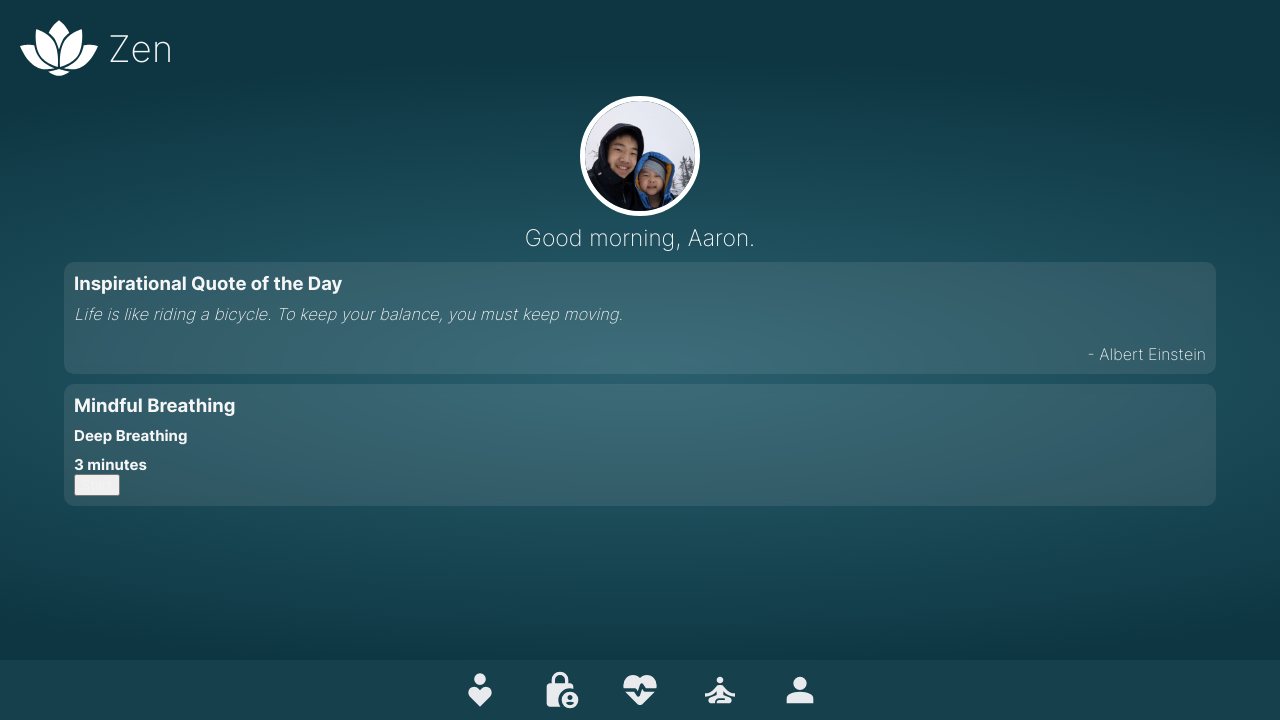
Repository: aaronw-dev/Zen
Page: mindful_dashboard.html
An editor plug-in stored every save of this project. The page is shown before and after the next save, followed by the edit.
The browser window is 1280 px wide. The pictures show the whole page.

Above is the page before, as saved 2024-06-08 14:50:48.

### mindful_dashboard.html
<!DOCTYPE html>
<html lang="en">

<head>
    <meta charset="UTF-8">
    <meta name="viewport" content="width=device-width, initial-scale=1.0">
    <title>Zen</title>
    <link rel="stylesheet" href="../static/colors.css">
    <link rel="stylesheet" href="../static/awdev.css">
</head>

<body>
    <nav>
        <img src="../logo.svg">
        <span class="nav-text">Zen</span>
    </nav>
    <div class="zen-wrapper">
        <div class="greeting">
            <div class="profile-icon-wrapper">
                <img class="profile-icon" src="../static/images/brothers.jpg">
            </div>
            <span class="greeting-text">Good morning, Aaron.</span>
        </div>
        <div class="zen-block">
            <h1 class="zen-block-title">Inspirational Quote of the Day</h1>
            <div class="quote-block">Life is like riding a bicycle. To keep your balance, you must keep moving.</div>
            <div class="quote-author">Albert Einstein</div>
        </div>
        <div class="zen-block">
            <h1 class="zen-block-title">Mindful Breathing</h1>
            <div class="mindful-actions">
                <h2 class="mindful-Title">Deep Breathing</h2>
                <h2 class="mindful-time">3 minutes</h2>
                <button class="mindful-button">Start</button>
            </div>
        </div>
    </div>
    <div class="bottom-nav">
        <img src="../static/icons/counselling.svg">
        <img src="../static/icons/journal.svg">
        <img src="../static/icons/crisis.svg">
        <img src="../static/icons/meditate.svg">
        <img src="../static/icons/profile.svg">
    </div>
</body>

</html>

### static/colors.css
:root {
    --text: #F6F6F6;
    --buttons: #0F2F38;
    --radial-bg: radial-gradient(89.12% 42.87% at 50.08% 50.93%, #2B606F 0%, #0D3642 100%);
    --linear-bg: linear-gradient(170deg, #0F2F38 9.2%, #224B56 91.67%);
}

### static/awdev.css
@font-face {
    font-family: Inter;
    src: url("./font/Inter-Bold.ttf");
    font-weight: bold;
}

@font-face {
    font-family: Inter;
    src: url("./font/Inter-ExtraLight.ttf");
    font-weight: lighter;
}

html {
    height: 100%;
}

body {
    height: 100%;
    margin: 0px;
    background-repeat: no-repeat;
    background-attachment: fixed;
    background: var(--radial-bg);
}

* {
    font-family: Inter;
    color: var(--text);
    font-weight: lighter;
}

h1,
h2,
h3,
h4,
h5,
h6,
p {
    margin-top: 0;
    margin-bottom: 0;
}

nav {
    height: min-content;
    display: flex;
    align-items: center;
    gap: 10px;
    padding: 20px;
}

nav img {
    height: 3.5em;
}

.nav-text {
    font-size: 2.3em;
}

.bottom-nav {
    display: flex;
    width: 100%;
    justify-content: center;
    position: absolute;
    bottom: 0px;
    left: 0;
    z-index: 100;
    background-color: #16404B;
    padding: 10px 0px;
    gap: 40px;
}

.bottom-nav img {
    height: 40px;
}

.zen-wrapper {
    display: flex;
    flex-direction: column;
    gap: 10px;
    align-items: center;
}

.greeting {
    width: 100%;
    display: flex;
    flex-direction: column;
    align-items: center;
    gap: 8px;
}

.greeting-text {
    font-size: 23px;
}

.profile-icon-wrapper {
    border-radius: 50%;
    overflow: hidden;
    aspect-ratio: 1;
    width: 110px;
    border: 5px solid white;
}

.profile-icon {
    width: 100%;
    transform: translateY(-15px);
}

.zen-block {
    width: 90%;
    padding: 10px;
    box-sizing: border-box;
    border-radius: 10px;
    background: rgba(220, 220, 220, 0.11);
    backdrop-filter: blur(4.45px);
}

.zen-block .zen-block-title {
    font-weight: bold;
    font-size: 18.5px;
}

.quote-block {
    margin-top: 10px;
    font-style: italic;
    font-size: 16.5px;
}

.quote-author {
    margin-left: auto;
    margin-top: 20px;
    width: fit-content;
}

.quote-author::before {
    content: "- ";
}

.mindful-actions {
    display: flex;
    flex-direction: row;
    flex-wrap: nowrap;
    justify-content: space-between;
    align-items: normal;
    align-content: normal;
  }
  .mindful-Title{
    padding-top: 10px;
    color: #F6F6F6;
    font-family: Inter;
    font-size: 15px;
    font-style: normal;
    font-weight: 700;
    line-height: normal;
  }
  .mindful-time{
    padding-top: 10px;
    color: #F6F6F6;
    font-family: Inter;
    font-size: 15px;
    font-style: normal;
    font-weight: 700;
    line-height: normal;
  }

  .mindful-actions:nth-child(1) {
    display: block;
    flex-grow: 0;
    flex-shrink: 1;
    flex-basis: auto;
    align-self: auto;
    order: 0;
  }

  .mindful-actions:nth-child(2) {
    display: block;
    flex-grow: 0;
    flex-shrink: 1;
    flex-basis: auto;
    align-self: auto;
    order: 0;
  }

After the next save:
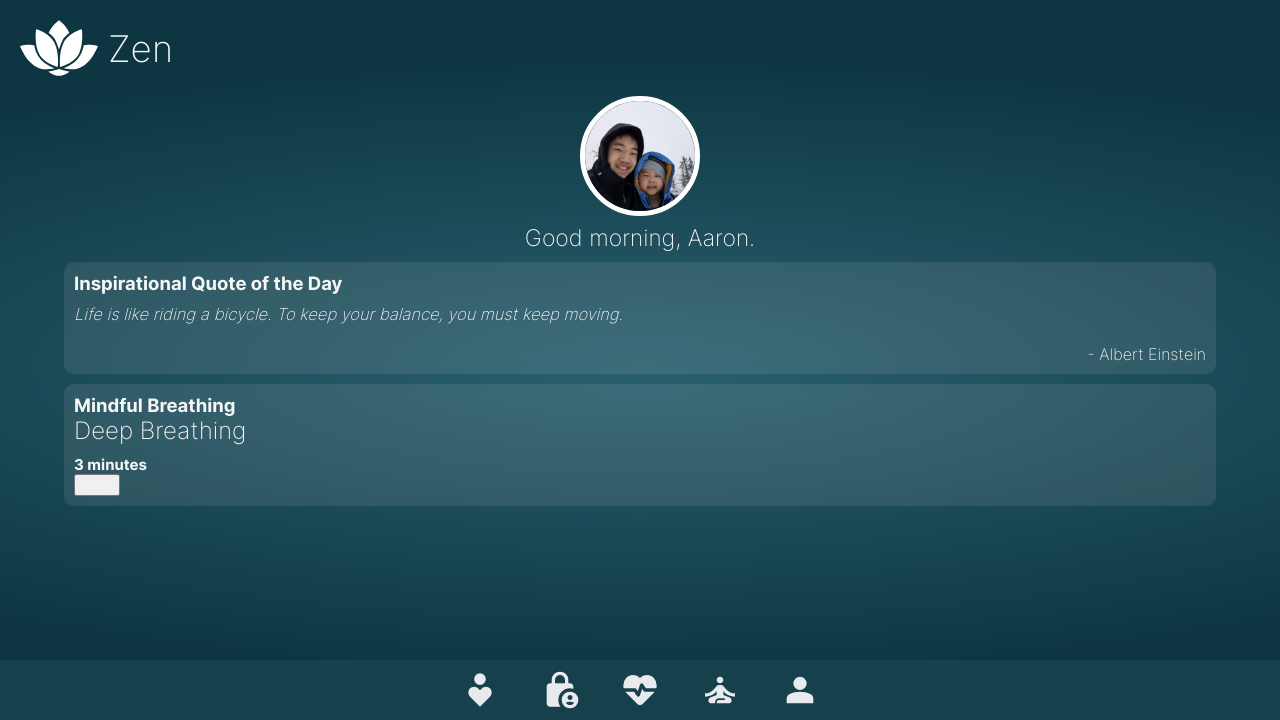
Saved 4 s later.
--- a/static/awdev.css
+++ b/static/awdev.css
@@ -142,7 +142,7 @@ nav img {
     align-items: normal;
     align-content: normal;
   }
-  .mindful-Title{
+  .mindful-title{
     padding-top: 10px;
     color: #F6F6F6;
     font-family: Inter;

After the save that followed:
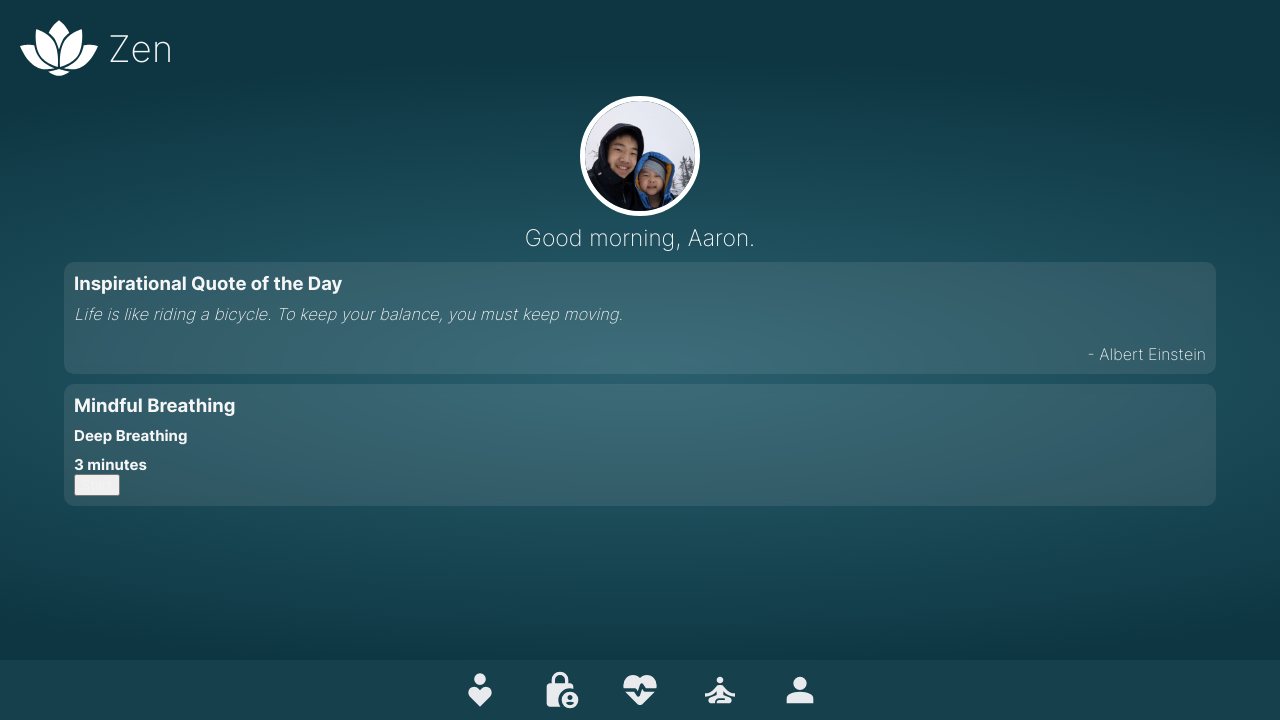
Saved 3 s later.
--- a/mindful_dashboard.html
+++ b/mindful_dashboard.html
@@ -29,7 +29,7 @@
         <div class="zen-block">
             <h1 class="zen-block-title">Mindful Breathing</h1>
             <div class="mindful-actions">
-                <h2 class="mindful-Title">Deep Breathing</h2>
+                <h2 class="mindful-title">Deep Breathing</h2>
                 <h2 class="mindful-time">3 minutes</h2>
                 <button class="mindful-button">Start</button>
             </div>
